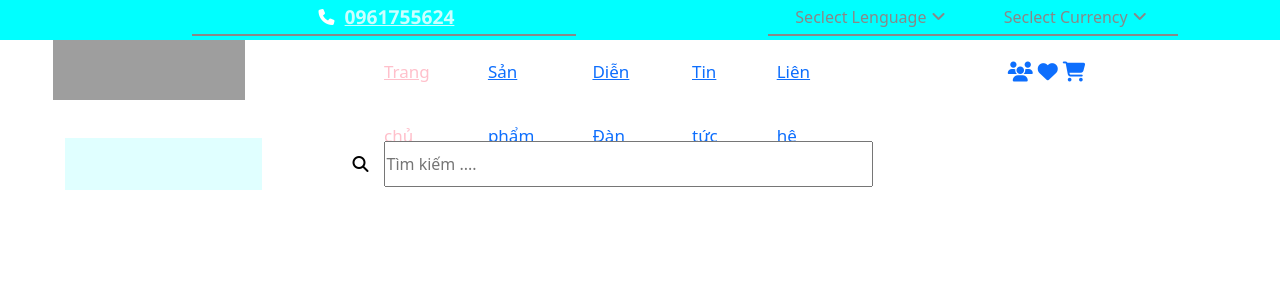
Repository: giacatdat2k5/Baitaplon
Page: da/d.html
These files come from the project's save history. The page is drawn as it stood at one moment and after the next save; the edit follows.
The browser window is 1280 px wide. The pictures show the whole page.
The pointer rests on the first visible `.menu li a`.
Pictures or frames that could not be fetched are drawn as grey boxes.

Above is the page before, as saved 2023-11-07 00:58:43.

### da/d.html
<!DOCTYPE html>
<html lang="en">
<head>
    <meta charset="UTF-8">
    <meta name="viewport" content="width=device-width, initial-scale=1.0">
    <title>Document</title>
    <link rel="stylesheet" type="text/css" href="d.css">
    <link rel="stylesheet" href="https://cdnjs.cloudflare.com/ajax/libs/font-awesome/6.4.2/css/all.min.css"/>
    <script src="https://ajax.googleapis.com/ajax/libs/jquery/3.7.1/jquery.min.js"></script>
    <link href="https://cdn.jsdelivr.net/npm/bootstrap@5.3.2/dist/css/bootstrap.min.css" rel="stylesheet" integrity="sha384-T3c6CoIi6uLrA9TneNEoa7RxnatzjcDSCmG1MXxSR1GAsXEV/Dwwykc2MPK8M2HN" crossorigin="anonymous">
</head>
<body>
    <div class="head">
        <div class="left-head">
        <div class="hotline">
            <i class="fa-solid fa-phone"></i>
            <a href="#" class="number">0961755624 </a>
        </div>
        </div>
        <div class="right-head">
        <div class="select">
             Seclect Lenguage
            <i class="fa-solid fa-angle-down"></i>
        </div>
        <div class="select">
             Seclect Currency
            <i class="fa-solid fa-angle-down"></i>
        </div>
        </div>
    </div>
    <div class="nav">
        <a href="#" class="logo"></a>
        <ul class="menu">
            <li><a href="#">Trang chủ</a></li>
            <li class="menu_link">
                <a href="#">Sản phẩm</a>
                <ul class="menu_down">
                    <li ><a href="#"></a>Yonex</li>
                    <li ><a href="#"></a>Lining</li>
                    <li ><a href="#"></a>Victor</li>
                    <li ><a href="#"></a>Kumpoo</li>
                    <li ><a href="#"></a>Fleet</li>
                    <li ><a href="#"></a>Khác</li>
                </ul>
            </li>
            <li><a href="#">Diễn Đàn</a></li>
            <li><a href="#">Tin tức</a></li>
            <li><a href="#">Liên hệ </a></li>
        </ul>
        <ul class="icon">
            <li><a href="#"><i class="fa-solid fa-users"></i></a></li>
            <li><a href="#"><i class="fa-solid fa-heart"></i></a></li>
            <li><a href="#"><i class="fa-solid fa-cart-shopping"></i></a></li>
        </ul>
    </div>
    <div class="nav2">
        <div class="nav2-left">
            <div class="cate"></div>
        </div>
        <div class="nav2-right">
         <div class="search">
            <button class="nut"><i class="fa-solid fa-magnifying-glass"></i></button>
            <input class="tk" type="text" placeholder="Tìm kiếm ....">
         </div>
        </div>
    </div>


</body>
</html>

### da/d.css
*{
    text-decoration: none;
    list-style-type: none;
    margin: 0px;
    padding: 0px;

}
.head{
    background-color: #00FFFF;
    width: 100%;
    height: 40px;
    display: flex;
}
.left-head{
    width:60%;
    height: 90%;
    display: flex;
    justify-content: center;
}
.right-head{
    width:40%;
    height: 90%;
    display: flex;
    justify-content: flex-start;
}
.hotline{
    width: 50%;
    height: 100%;
    display: flex;
    align-items: center;
    justify-content: center;
    color:white;
    border-bottom: 2px solid #888888;
}
.select{
    width: 40%;
    height: 100%;
    border-bottom: 2px solid #888888;
    display: flex;
    align-items: center;
    justify-content: center;
    color: #888888;
}
.number{
    text-indent: 10px;
    color: #CCFFFF;
    font-size: larger;
    font-family: 'Segoe UI', Tahoma, Geneva, Verdana, sans-serif;
    text-indent: 10px;
    font-weight: 600;
}
.fa-solid{
    text-indent: 5px;
    transition: transform 0.1s;
    transform: scale(1);
}
.hotline:hover{
    border-bottom:2px solid white;
}
.number:hover{
    text-decoration-line: underline;
}
.select:hover{
    border-bottom:2px solid white;
}
.fa-solid:hover{
    transform: scale(1.2);
}
.nav{

    display:flex;
    height: 60px;
    line-height: 4em;
    justify-content: space-around;
}
.logo{
    width: 15%;
    height: 100%;
    background-image: url('z4855559339032_f52dfc50c2a66e564d62993c93b9ee23.jpg') ;
    background-size:cover;
}
.menu{
    width: 40%;
    display: flex;
}
.menu li{
    padding-right: 2.5em ;
    font-size: 17px;
    text-decoration: none;
    color:black;
}
.menu li a:hover{
    color: pink;
    transition: color .2s ease-out;
}
.menu_down{
    width: 140px;
    height: 18em;
    margin: 0px auto;
    position: absolute;
    top:100px;
    left: 500px;
    display: none;
}
.menu_down li{
    padding: 0px;
    border-bottom:1px solid black;
    text-align: center;

}
.menu_down li:hover{
    color:pink;
    transition: color .2s ease-out;
}
.menu .menu_link:hover .menu_down{
     display: block;
}
.icon{
    width: 20%;
    height: 100%;
    display: flex;
    justify-content: space-around:
    align-items: center;
    font-size: 20px;
    color:green;
}
.nav2{
    width: 100%;
    height: 8em;
    display: flex;
    align-items: center;
}
.nav2-left{
    width: 264px;
    height: 40%;
    display: flex;
    justify-content: flex-end;
}
.cate{
    width: 197px;
    height: 100%;
    background-color: lightcyan;
}
.nav2-right{
    width: 80%;
    height: 40%;
    display: flex;
    justify-self: flex-end;
    align-items: center ;
}
.search{
    width: 60%;
    height: 100%;
    display: flex;
    justify-content: flex-end;
    align-items: center;
}
.tk{
    width: 80%;
    height: 90%;
    border-top-bottom-left: 2px solid black;
}
.nut{
    width: 53px;
    height: 48px;
    display: flex;
    justify-content: center;
    align-items: center;
    border:none;
    background-color: white;

}

After the next save:
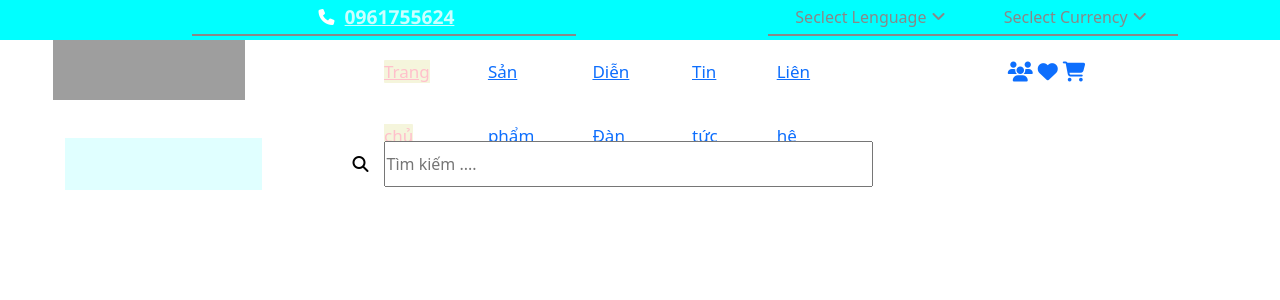
Saved 102 s later.
--- a/da/d.css
+++ b/da/d.css
@@ -92,6 +92,8 @@
 .menu li a:hover{
     color: pink;
     transition: color .2s ease-out;
+    background-color: beige;
+    border-radius: 1px;
 }
 .menu_down{
     width: 140px;
